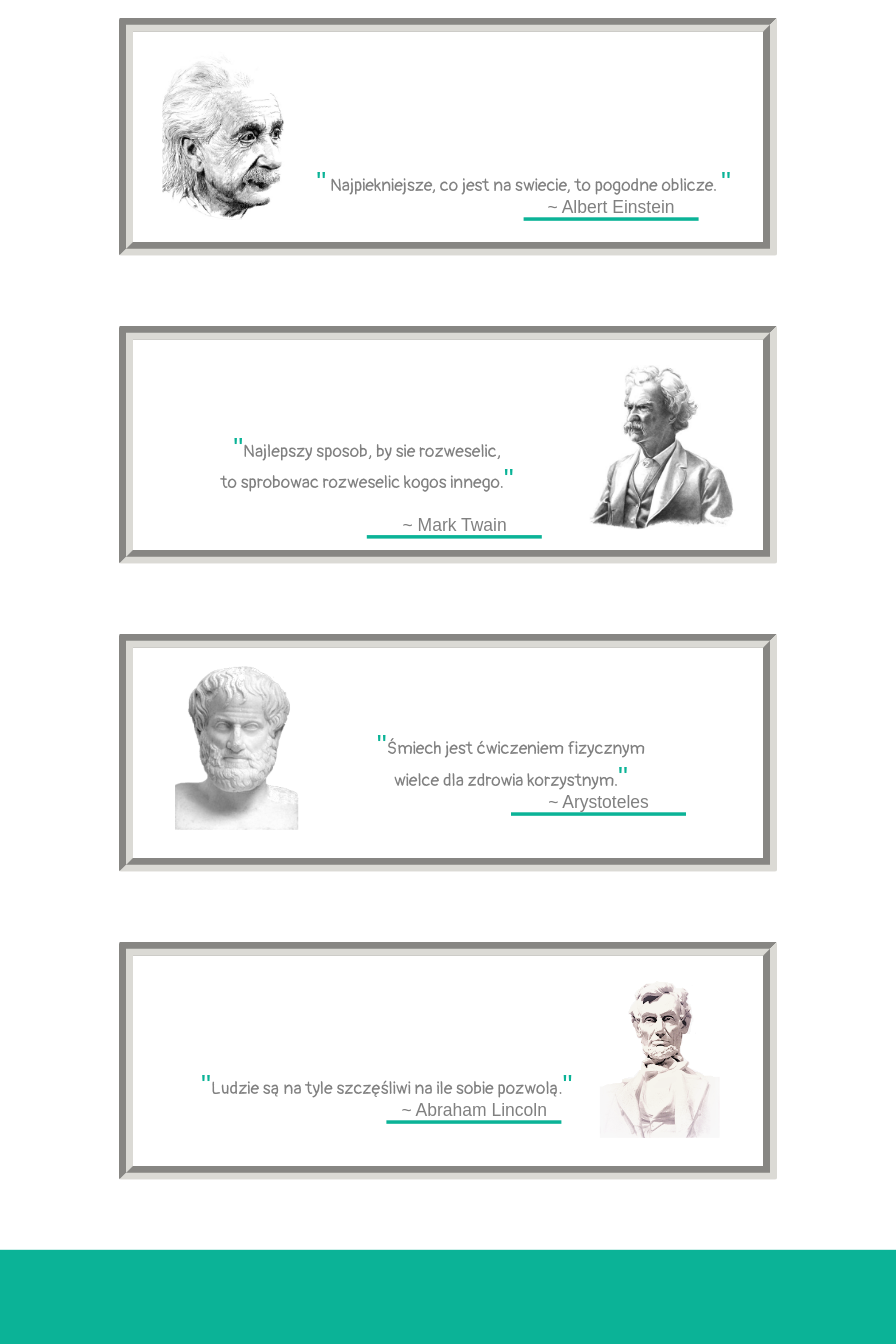
Repository: addstaw/moja-strona
Page: index.html
These files come from the project's save history. The page is drawn as it stood at one moment and after the next save; the edit follows.
The browser window is 1280 px wide. The pictures show the part of the page from y = 1308 to 3228 px (the page is 3594 px tall), at 70% of full size.
Some web fonts or font styles are not loaded; a fallback is used.

Above is the page before, as saved 2020-05-19 11:11:59.

### index.html
<!DOCTYPE html>
<html lang="pl">
    <head>
        <meta charset="utf-8"/>
        <title> Cheer Up</title>
        <link rel="shortcut icon" href="png/logo1.png" type="image/x-icon" />
        <meta name="description" content="Uśmiech to coś więcej niż prosty wyraz emocji. To nasza dusza wypuszczona na zewnątrz."/>
        <meta name="keywords" content="uśmiech, szczęście"/>
        <meta http-equiv="X-UA-Compatible" content="IE=edge, chrome=1"/>
        <link rel="stylesheet" href="css/style7.css" type="text/css"/>
        <link href="https://fonts.googleapis.com/css2?family=Ceviche+One&display=swap" rel="stylesheet">
        <link href="https://fonts.googleapis.com/css2?family=Pangolin&display=swap" rel="stylesheet">
    <body>
        <div id="maincontainer">
            <herder>
                <div id="header">
                    <nav>
                        <span><img id="logo" src="png/header.png" width=360" height="90"/></span>
                    </nav>
                </div>
            </header>

            <div id="pause">

            </div>
            <section>
                <img id="emoticon" src="png/page4.png" width=100%" />
            </section>
        </div>
    <article>
            <div class="content">
                <div id="container">
                    <div id="introduce">
                        <header><div class="headerIntroduce">Radość</div></header>
                        <article><div class="contentIntroduce">
                        JAfsdjfjsdfjaj;lsdfjdjksfjasdfksjdalfjklas
                        </div></article>
                    </div>
                    <div id="introduce">
                        <header><div class="headerIntroduce" id="mainHeaderIntroduce">Psychologia</div></header>
                        <article><div class="contentIntroduce">
                            wAfsdjfjsdfjaj;lsdfjdjksfjasdfksjdalfjklas
                        </div></article>
                    </div>
                    <div id="introduce">
                        <header><div class="headerIntroduce">Przyjaźń</div></header>
                        <article><div class="contentIntroduce">
                            Afsdjfjsdfjaj;lsdfjdjksfjasdfksjdalfjklas
                        </div></article>
                    </div>
                </div>
            </div>
    </article>
    <section>
        <div id="white">
            <article>
                <section>
                    <div class="quoteElement">
                        <img src="png/unnamed.jpg" height="90%" class="statue"/>
                        <div class="quote"> <div class="quotationaMarks">"</div> Najpiekniejsze, co jest na swiecie, to pogodne oblicze. <div class="quotationaMarks">"</div><br/> <div class="name">~ Albert Einstein</div> <br/> <br/> </div></div>
                </section>
                <section>
                    <div class="quoteElement">
                       <div class="quote"> <div class="quotationaMarks">"</div>Najlepszy sposob, by sie rozweselic,<br/>to sprobowac rozweselic kogos innego.<div class="quotationaMarks">"</div> <br/><div class="name"><br/> ~ Mark Twain </div><br/> <br/> </div>
                        <img src="png/mark-twain-png-samuel-clemens-400.png" height="85%" class="statue"/></div>
                </section>
                <section>
                    <div class="quoteElement">
                        <img src="png/arystoteles.png" height="80%" class="statue"/>
                      <div class="quote"><div class="quotationaMarks">"</div>Śmiech jest ćwiczeniem fizycznym<br/> wielce dla zdrowia korzystnym.<div class="quotationaMarks">"</div> <br/><div class="name">~ Arystoteles</div> <br/> <br/> </div></div>
                </section>
                <section>
                    <div class="quoteElement">
                       <div class="quote"><div class="quotationaMarks">"</div>Ludzie są na tyle szczęśliwi na ile sobie pozwolą.<div class="quotationaMarks">"</div> <br/><div class="name" :last-child>~ Abraham Lincoln</div> <br/> <br/> </div>
                        <img src="png/lincoln2.png" height="80%" class="statue"/></div>
                </section>
            </article>
        </div>
    </section>
    <footer>
        <div id="footer">

        </div>
    </footer>
    </body>
</html>

### css/style7.css
*{
    margin: 0px;
    font-family: sans-serif;
}
/*maincontaine*/
    #maincontainer{
        text-align: center;
    }
    #header{
        margin-right: 1500px;
    }
    #pause{
        /*height: calc(103vh - 80vw); first version*/
        height: calc(100vh - 110px - 100vw * (536/1919));
    }
    #logo{
        border-radius: 75px;
        border: 3px solid #0bb397;
        margin-left: 30px;
        margin-top: 10px;
        position: relative;

    }
/*Introduce*/
    .content{
        background-color: #b0850e;
        width: 100%;
        text-align: center;
        padding: 25px 0;
    }
        .headerIntroduce{
            font-size: 50px;
            margin-top: 50px;
            margin-bottom: 20px;
            padding-top: 20px;
        }
            #mainHeaderIntroduce{
                font-size: 68px;
                padding-top: 0;
             }
        .contentIntroduce{
            font-size: 20px;
        }

    #introduce{
        width: 50vh;
        height: 50vh;
        background-color: #f1efbb;
        margin-top: 50px;
        margin-bottom: 50px;
        margin-right: 10px;
        display: inline-block;
        border-radius: 30px;
        opacity: 80%;
    }
    #introduce:hover{
        width: calc(50vh - 10px);
        height: calc(50vh - 10px);
        background-color: #f1efbb;/*#e3e0a6;*/
        margin-top: 45px;
        margin-bottom: 45px;
        margin-right: 10px;
        display: inline-block;
        border-radius: 30px;
        border: solid 5px #0bb397;
        opacity: 100%;
        transition: 0.25s;
    }
/* Quotes */
#white{
    background-color: #fff;
    text-align: center;
    padding: 50px 0;
}
    .quoteElement{
        width: 900px;
        height: 300px;
        background-color: #fff;
        margin: 50px 0;
        display: inline-block;
        border: 20px groove #dbdad5;
        border-radius: 3px;
    }
        .quote{
            font-family: 'Pangolin', cursive;
            color: gray;
            font-size: 25px;
            width: 600px;
            margin-bottom: 100px;
            word-wrap: break-word;
            display: inline-block;
        }
            .name{
                border-bottom: 5px solid #0bb397;
                width: 250px;
                float: right;
                margin-right: 50px;
            }
            .quotationaMarks{
                clear: both;
                display: inline-block;
                color: #0bb397;
                font-size: 40px;
            }
        .statue{
            padding-top: 20px;
        }
#footer{
    height: 500px;
    background-color: #0bb397;
}

After the next save:
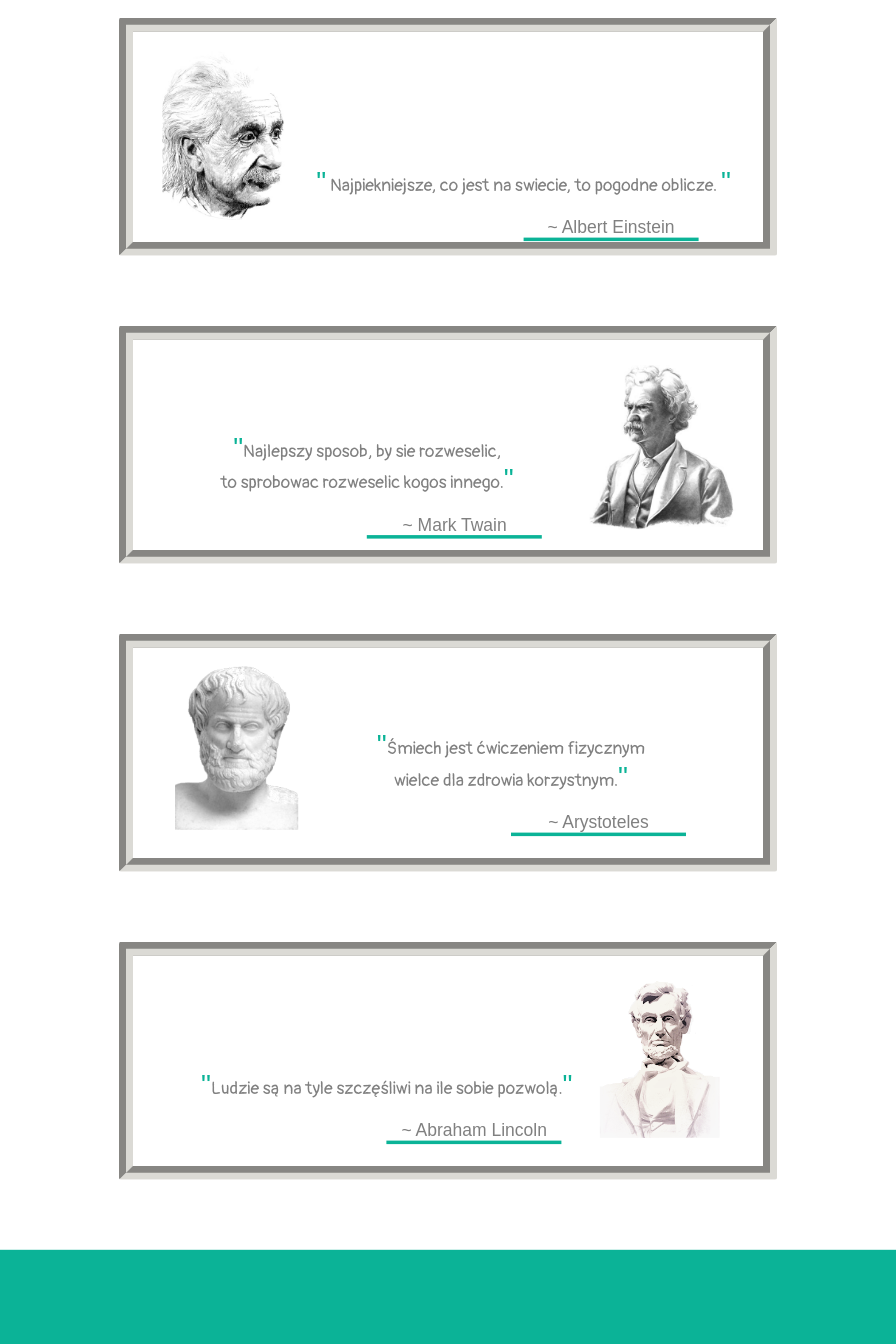
Saved 18 s later.
--- a/index.html
+++ b/index.html
@@ -57,7 +57,7 @@
                 <section>
                     <div class="quoteElement">
                         <img src="png/unnamed.jpg" height="90%" class="statue"/>
-                        <div class="quote"> <div class="quotationaMarks">"</div> Najpiekniejsze, co jest na swiecie, to pogodne oblicze. <div class="quotationaMarks">"</div><br/> <div class="name">~ Albert Einstein</div> <br/> <br/> </div></div>
+                        <div class="quote"> <div class="quotationaMarks">"</div> Najpiekniejsze, co jest na swiecie, to pogodne oblicze. <div class="quotationaMarks">"</div><br/> <div class="name"><br/>~ Albert Einstein</div> <br/> <br/> </div></div>
                 </section>
                 <section>
                     <div class="quoteElement">
@@ -67,11 +67,11 @@
                 <section>
                     <div class="quoteElement">
                         <img src="png/arystoteles.png" height="80%" class="statue"/>
-                      <div class="quote"><div class="quotationaMarks">"</div>Śmiech jest ćwiczeniem fizycznym<br/> wielce dla zdrowia korzystnym.<div class="quotationaMarks">"</div> <br/><div class="name">~ Arystoteles</div> <br/> <br/> </div></div>
+                      <div class="quote"><div class="quotationaMarks">"</div>Śmiech jest ćwiczeniem fizycznym<br/> wielce dla zdrowia korzystnym.<div class="quotationaMarks">"</div> <br/><div class="name"><br/>~ Arystoteles</div> <br/> <br/> </div></div>
                 </section>
                 <section>
                     <div class="quoteElement">
-                       <div class="quote"><div class="quotationaMarks">"</div>Ludzie są na tyle szczęśliwi na ile sobie pozwolą.<div class="quotationaMarks">"</div> <br/><div class="name" :last-child>~ Abraham Lincoln</div> <br/> <br/> </div>
+                       <div class="quote"><div class="quotationaMarks">"</div>Ludzie są na tyle szczęśliwi na ile sobie pozwolą.<div class="quotationaMarks">"</div> <br/><div class="name" :last-child><br/>~ Abraham Lincoln</div> <br/> <br/> </div>
                         <img src="png/lincoln2.png" height="80%" class="statue"/></div>
                 </section>
             </article>
